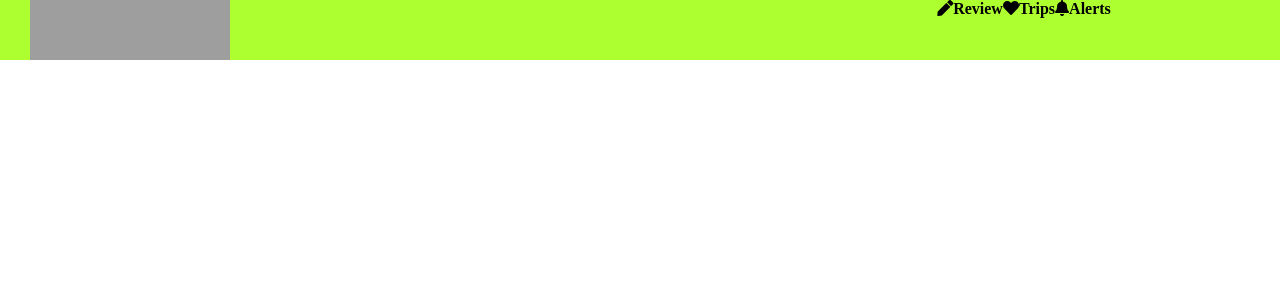
Repository: devix2107/thanhvia8.github.io
Page: Web-tripadvisor/index.html
The author's editor kept a copy of each file at every save. The page is drawn from the files as they stood at one save, then again after the next save.
The browser window is 1280 px wide. The pictures show the whole page.
Pictures or frames that could not be fetched are drawn as grey boxes.

Above is the page before, as saved 2021-11-28 10:13:41.

### Web-tripadvisor/index.html
<!DOCTYPE html>
<html lang="en">
  <head>
    <meta charset="UTF-8" />
    <meta http-equiv="X-UA-Compatible" content="IE=edge" />
    <meta name="viewport" content="width=device-width, initial-scale=1.0" />
    <title>Tripadvisor</title>
    <link rel="stylesheet" href="./assets/css/main.css" />
    <link rel="stylesheet" href="./assets/css/responsive.css" />
    <link
      rel="stylesheet"
      href="./assets/font/fontawesome-free-5.15.4-web/css/all.css"
    />
  </head>
  <body>
    <div class="container">
      <div class="header">
        <div class="header-left">
          <img
            src="https://static.tacdn.com/img2/brand_refresh/Tripadvisor_lockup_horizontal_secondary_registered.svg"
            alt="Tripadvisor"
          />
        </div>
        <div class="header-center"></div>
        <div class="header-right">
          <div class="header-icon">
            <i class="fas fa-pen"><span>Review</span></i>
            <i class="fas fa-heart"><span>Trips</span></i>
            <i class="fas fa-bell"><span>Alerts</span></i>
          </div>
        </div>
      </div>
      <div class="content"></div>
      <div class="footer"></div>
    </div>
  </body>
</html>

### Web-tripadvisor/assets/css/main.css
* {
  margin: 0;
  padding: 0;
  box-sizing: border-box;
}

.container {
}

.header {
  width: 100%;
  height: 60px;
  display: flex;
  background-color: greenyellow;
}

.header-left {
  width: 30%;
}

.header-left img {
  width: 200px;
  height: 60px;
  display: block;
  margin-left: 30px;
}

.header-center {
  width: 30%;
}

.header-right {
  width: 40%;
  height: 60px;
}

.header-icon {
  /* height: 60px; */
  display: flex;
  justify-content: center;
  align-items: center;
  line-height: 60px;
}

.header-icon i {
  justify-content: center;
  align-items: center;
}

.header-icon span {
  font-size: 24;
}

Loaded but not shown: Web-tripadvisor/assets/font/fontawesome-free-5.15.4-web/css/all.css (library); Web-tripadvisor/assets/css/responsive.css (no stored copy; drawn as an empty file)

After the next save:
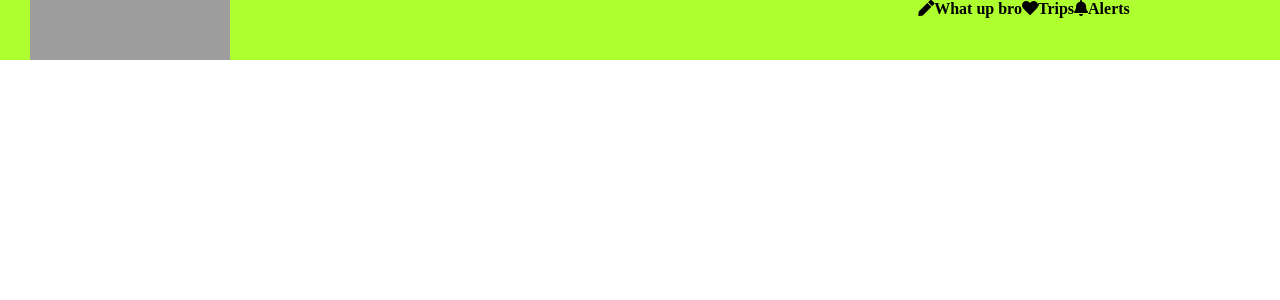
Saved 20 days later.
--- a/Web-tripadvisor/index.html
+++ b/Web-tripadvisor/index.html
@@ -24,7 +24,7 @@
         <div class="header-center"></div>
         <div class="header-right">
           <div class="header-icon">
-            <i class="fas fa-pen"><span>Review</span></i>
+            <i class="fas fa-pen"><span>What up bro</span></i>
             <i class="fas fa-heart"><span>Trips</span></i>
             <i class="fas fa-bell"><span>Alerts</span></i>
           </div>
@@ -32,6 +32,7 @@
       </div>
       <div class="content"></div>
       <div class="footer"></div>
+      <div></div>
     </div>
   </body>
 </html>
